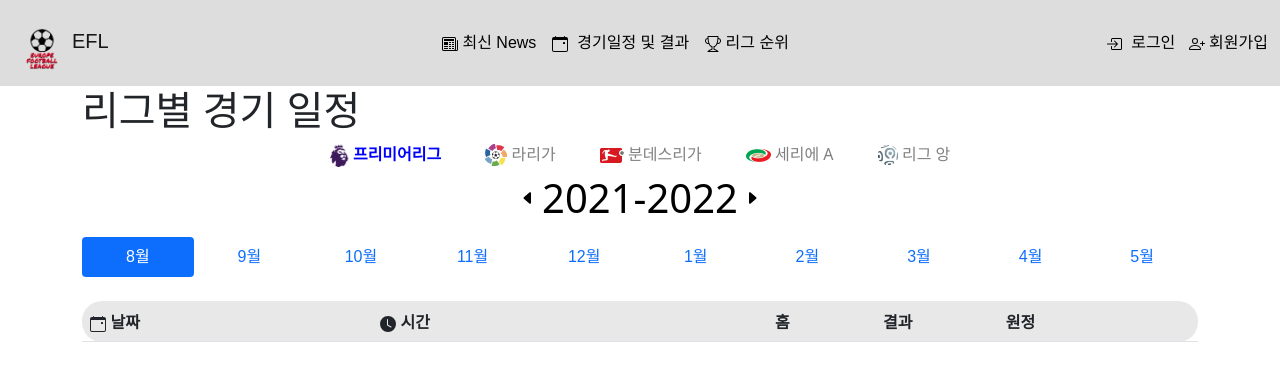
Repository: kylekimkim/uefa_project
Page: http://localhost/match/2122/list
These files come from the project's save history. The page is drawn as it stood at one moment and after the next save; the edit follows.
The browser window is 1280 px wide. The pictures show the whole page.
Some web fonts or font styles are not loaded; a fallback is used. The page is this project's Thymeleaf template; nobody is signed in. The template is opened directly, without the code that normally fills it, so the values that code supplies are empty.

Above is the page before, as saved 2022-07-22 08:11:58.

After the next save:
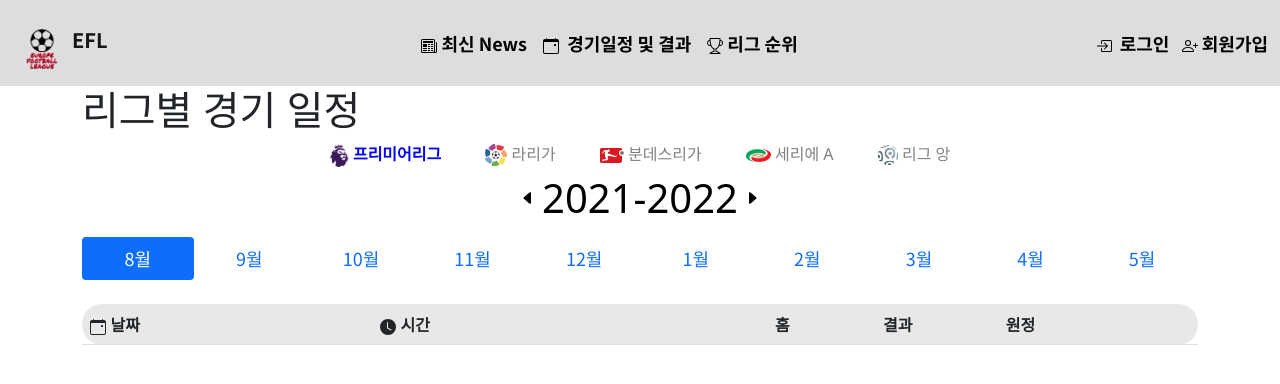
Saved 65 s later.
--- a/uefa_project/src/main/resources/templates/header_nav.html
+++ b/uefa_project/src/main/resources/templates/header_nav.html
@@ -24,13 +24,15 @@
 		font-size:large;
 	}
 	nav{
-	 font-family: 'Mochiy Pop One', sans-serif;
+		font-family: 'Noto Sans KR', sans-serif;
+		font-size:large;
+		font-weight:900;
 	}
 	</style>
 	<body>
 		<nav class="navbar navbar-expand-lg navbar-light" style="background-color:rgb(221, 221, 221);">
 			<div class="container-fluid">
-			    <a class="navbar-brand" href="/"><img src="/img/logo.png" alt="league_image" width=60px;>EFL</a>
+			    <a class="navbar-brand" href="/"><img src="/img/logo.png" alt="league_image" width=60px; style="font-family: 'Mochiy Pop One', sans-serif;" >EFL</a>
 				<div class="collapse navbar-collapse justify-content-between" id="navbarNavDropdown">
 					<ul class="navbar-nav"  style="margin:auto">
 						<li class="nav-item" style="margin:auto">
